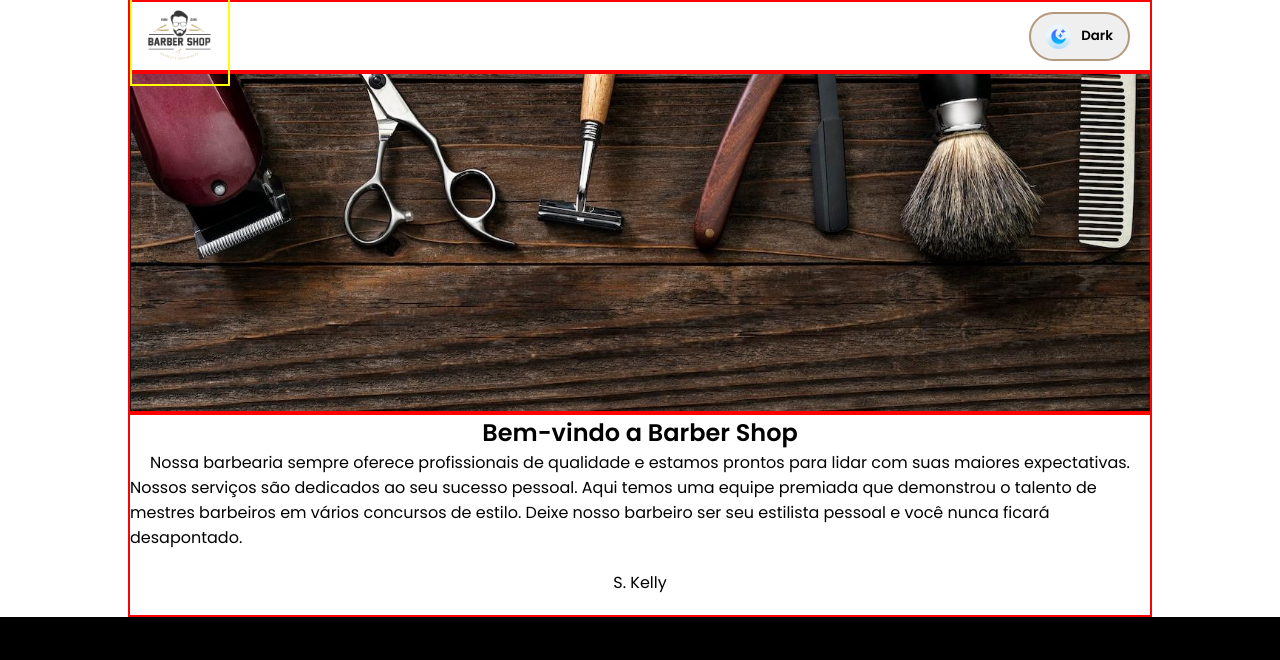
Repository: Daniells642/LandingPage-React
Page: /
An editor plug-in stored every save of this project. The page is shown before and after the next save, followed by the edit.
The browser window is 1280 px wide. The pictures show the whole page.
The project was rebuilt for these pictures with package versions that can differ from the ones it lists, and the page was loaded fresh each time.

Above is the page before, as saved 2022-11-04 21:51:23.

After the next save:
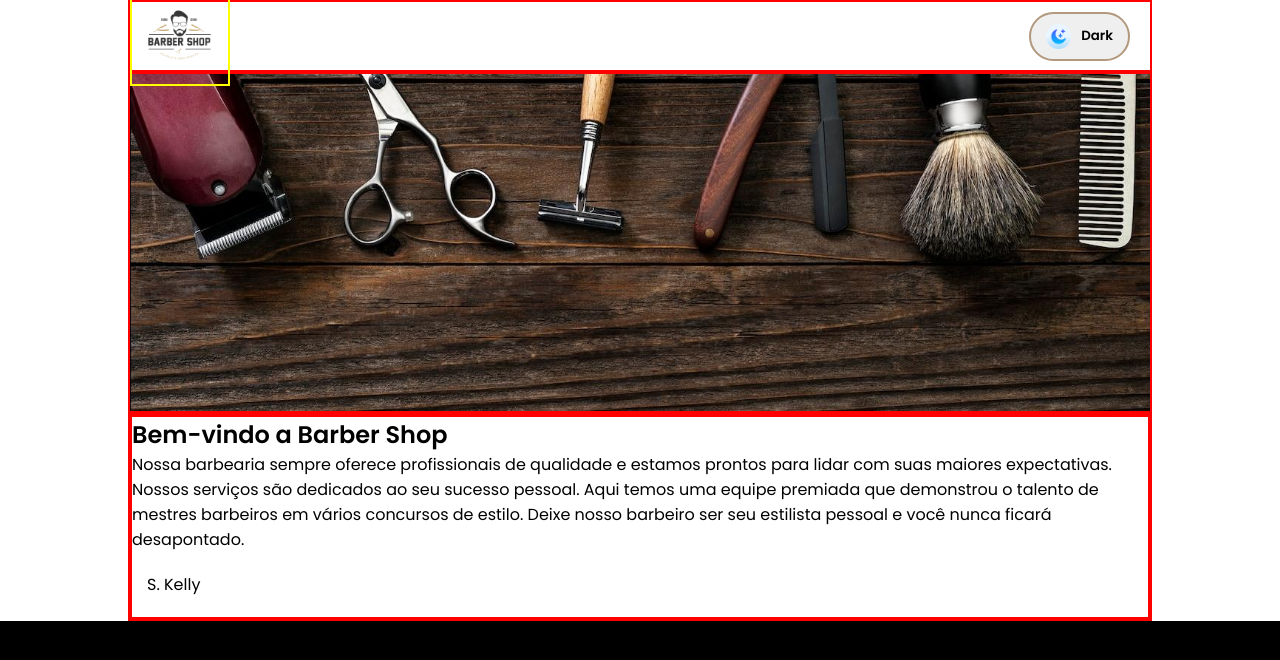
Saved 113 s later.
--- a/src/LandingPage/index.js
+++ b/src/LandingPage/index.js
@@ -17,10 +17,12 @@
         <section id="secao-banner" className='limitar-secao'></section>
 
         <section id="secao-texto" className='limitar-secao secao-texto'>
-            <h1>Bem-vindo a Barber Shop</h1>
-            <p>Nossa barbearia sempre oferece profissionais de qualidade e estamos prontos para lidar com suas maiores expectativas.</p>
-            <p>Nossos serviços são dedicados ao seu sucesso pessoal. Aqui temos uma equipe premiada que demonstrou o talento de mestres barbeiros em vários concursos de estilo. Deixe nosso barbeiro ser seu estilista pessoal e você nunca ficará desapontado.</p>
-            <p className='modificado'>S. Kelly</p>
+            <div className='limitar-secao'>
+              <h1>Bem-vindo a Barber Shop</h1>
+              <p>Nossa barbearia sempre oferece profissionais de qualidade e estamos prontos para lidar com suas maiores expectativas.</p>
+              <p>Nossos serviços são dedicados ao seu sucesso pessoal. Aqui temos uma equipe premiada que demonstrou o talento de mestres barbeiros em vários concursos de estilo. Deixe nosso barbeiro ser seu estilista pessoal e você nunca ficará desapontado.</p>
+              <p className='modificado'>S. Kelly</p>
+            </div>
         </section>
     </div>
   )
